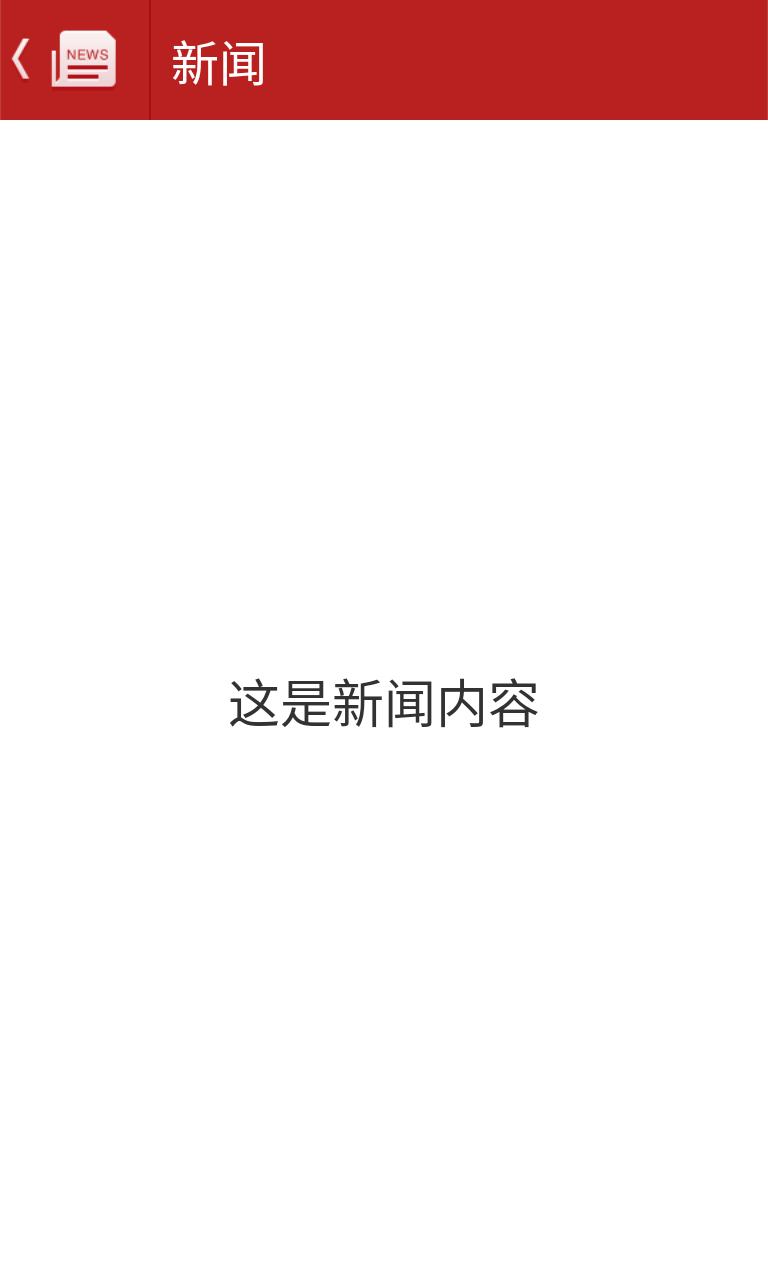
Repository: xfhy/Usually-learn-Android
Layout: 自定义控件/02_侧滑面板/res/layout/layout_main_content.xml
These files come from the project's save history. The layout is drawn as it stood at one moment and after the next save; the edit follows.
It is drawn on a 768 x 1280 px phone screen (xhdpi) without system bars, with theme AppTheme; the app's code is not run.

Above is the layout before, as saved 2017-04-04 02:11:31.

### 自定义控件/02_侧滑面板/res/layout/layout_main_content.xml
<?xml version="1.0" encoding="utf-8"?>
<LinearLayout xmlns:android="http://schemas.android.com/apk/res/android"
    android:layout_width="match_parent"
    android:layout_height="match_parent"
    android:background="#FFF"
    android:orientation="vertical" >
	<!-- 如果这里不加 android:background="#FFF"   那么侧滑菜单会默认显示出来,因为activity_main是帧布局,遮不住 -->


    <!--
    	这是主布局
     -->

    <!-- 顶部的自定义状态栏 -->
    <LinearLayout
        android:layout_width="match_parent"
        android:layout_height="60dp"
        android:background="@drawable/top_bar_bg"
        android:orientation="horizontal" >

        <ImageButton
            android:layout_width="wrap_content"
            android:layout_height="wrap_content"
            android:background="@null"
            android:src="@drawable/main_back" />

        <View
            android:layout_width="1dp"
            android:layout_height="wrap_content"
            android:background="@drawable/top_bar_divider" />

        <TextView
            android:layout_width="match_parent"
            android:layout_height="wrap_content"
            android:layout_gravity="center_vertical"
            android:padding="10dp"
            android:text="新闻"
            android:textColor="#FFF"
            android:textSize="24sp" />
    </LinearLayout>

    <TextView
        android:layout_width="match_parent"
        android:layout_height="match_parent"
        android:text="这是新闻内容"
        android:gravity="center"
        android:textSize="26sp" />

</LinearLayout>

### 自定义控件/02_侧滑面板/res/values/styles.xml
<resources>

    <!--
        Base application theme, dependent on API level. This theme is replaced
        by AppBaseTheme from res/values-vXX/styles.xml on newer devices.
    -->
    <style name="AppBaseTheme" parent="android:Theme.Light">
        <!--
            Theme customizations available in newer API levels can go in
            res/values-vXX/styles.xml, while customizations related to
            backward-compatibility can go here.
        -->
    </style>

    <!-- Application theme. -->
    <style name="AppTheme" parent="AppBaseTheme">
        <!-- All customizations that are NOT specific to a particular API-level can go here. -->
    </style>

    <!-- 这是侧滑菜单的样式    抽取出来
     -->
    <style name="style_bt_text" parent="android:Widget.Holo.Light.TextView">
        <item name="android:layout_width">match_parent</item>
        <item name="android:layout_height">wrap_content</item>
        <item name="android:background">@drawable/selector_menu_bt_bg</item>
        <item name="android:drawablePadding">10dp</item>
        <item name="android:clickable">true</item>
        <item name="android:padding">8dp</item>
        <item name="android:textColor">#ADCFD6</item>
        <item name="android:gravity">center_vertical</item>
        <item name="android:textSize">18sp</item>
    </style>

</resources>

Loaded but not shown: 自定义控件/02_侧滑面板/res/values-v11/styles.xml (common file); 自定义控件/02_侧滑面板/res/values-v14/styles.xml (common file)

After the next save:
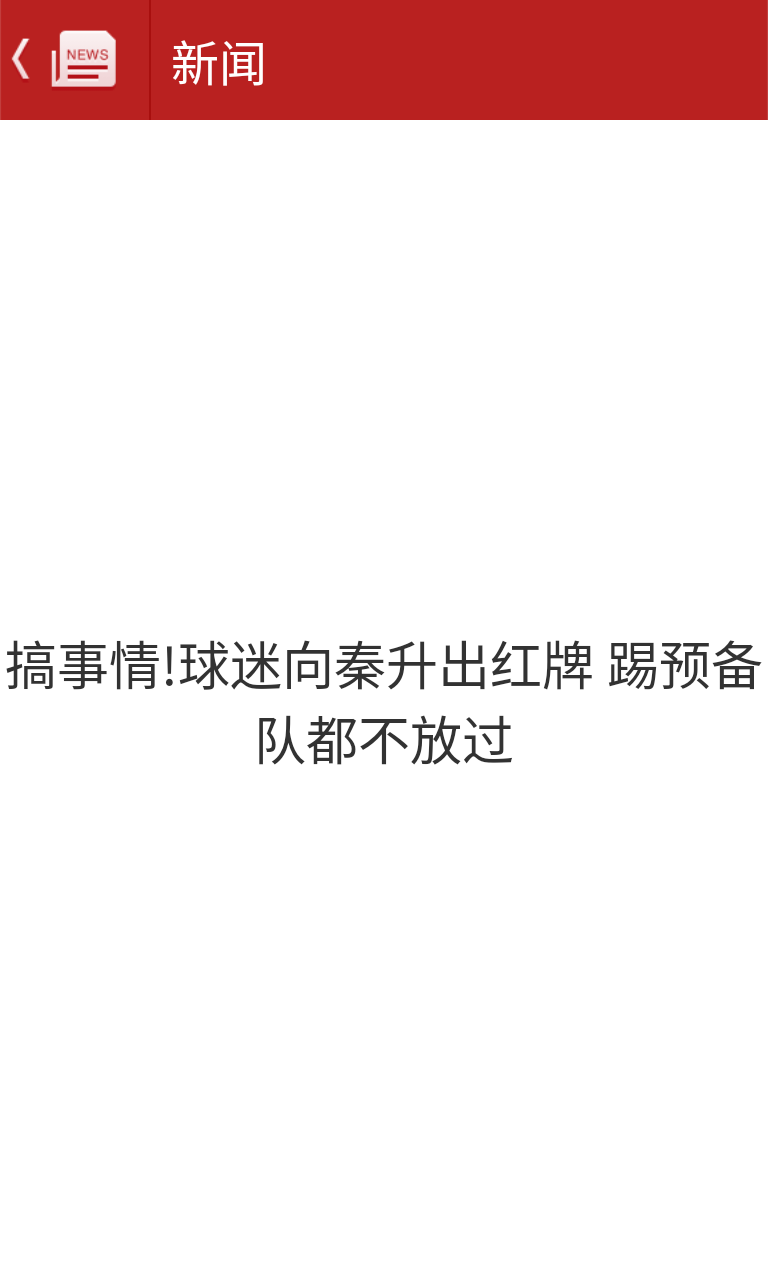
Saved 90 s later.
--- a/自定义控件/02_侧滑面板/res/layout/layout_main_content.xml
+++ b/自定义控件/02_侧滑面板/res/layout/layout_main_content.xml
@@ -42,7 +42,7 @@
     <TextView
         android:layout_width="match_parent"
         android:layout_height="match_parent"
-        android:text="这是新闻内容"
+        android:text="搞事情!球迷向秦升出红牌 踢预备队都不放过"
         android:gravity="center"
         android:textSize="26sp" />
 
